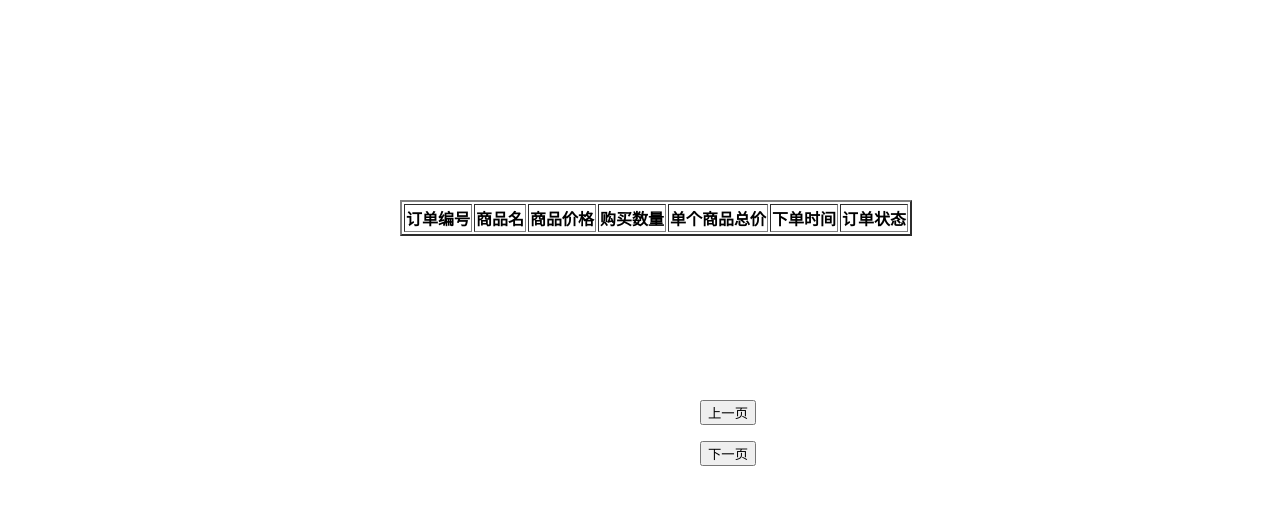
Repository: Gale-student/Gale-student.github.io
Page: http://localhost/weshop/OrdersDetailQueryAllServlet
An editor plug-in stored every save of this project. The page is shown before and after the next save, followed by the edit.
The browser window is 1280 px wide. The pictures show the whole page.
The page is served by Tomcat 9. Other server files are loaded and not shown. Queries for data that is not in the repository find no rows.

Above is the page before, as saved 2022-10-04 09:01:32.

### WeShop/weshop/WebRoot/WEB-INF/jsp/OrdersQueryOfUser.jsp
<%@ page language="java" import="java.util.*,com.company.entity.*" pageEncoding="utf-8"%>
<%
String path = request.getContextPath();
String basePath = request.getScheme()+"://"+request.getServerName()+":"+request.getServerPort()+path+"/";
%>

<!DOCTYPE HTML PUBLIC "-//W3C//DTD HTML 4.01 Transitional//EN">
<html>
  <head>
    <base href="<%=basePath%>">

    <title>My JSP 'OrdersQueryOfUser.jsp' starting page</title>

	<meta http-equiv="pragma" content="no-cache">
	<meta http-equiv="cache-control" content="no-cache">
	<meta http-equiv="expires" content="0">
	<meta http-equiv="keywords" content="keyword1,keyword2,keyword3">
	<meta http-equiv="description" content="This is my page">
	<!--
	<link rel="stylesheet" type="text/css" href="styles.css">
	-->
  <%
     List<OrdersDetail> ordersDetailList = (List<OrdersDetail>)request.getAttribute("ordersDetailList");

   %>
  </head>

  <body>
    <table style="position: absolute; left: 400px; top: 200px; text-align: center;" border="2" cellspacing="2">
       <tr>
          <th>订单编号</th>
          <th>商品名</th>
          <th>商品价格</th>
          <th>购买数量</th>
          <th>单个商品总价</th>
          <th>下单时间</th>
          <th>订单状态</th>
       </tr>
       <%for(int i = 0; i < ordersDetailList.size(); i ++){ %>
       <tr>
          <td><%=ordersDetailList.get(i).getOid() %></td>
          <td><%=ordersDetailList.get(i).getSname() %></td>
          <td><%=ordersDetailList.get(i).getSprice() %>.00￥/个</td>
          <td><%=ordersDetailList.get(i).getQuantity() %>.0</td>
          <td><%=ordersDetailList.get(i).getShopPrice() %>.00￥</td>
          <td><%=ordersDetailList.get(i).getDate() %></td>
          <td><%=ordersDetailList.get(i).getStatus() %></td>
       </tr>
       <%} %>
    </table>
    <div style="position: absolute; left: 700px; top: 400px;">
    <form action="" method="post">
       <input type="submit" value="上一页">
    </form>
    <form style="position: absolute;" action="" method="post">
       <input type="submit" value="下一页">
    </form>
    </div>
  </body>
</html>

### WeShop/weshop/src/com/company/controller/OrdersDetailQueryAllServlet.java
package com.company.controller;

import java.io.IOException;
import java.io.PrintWriter;
import java.util.List;

import javax.servlet.ServletException;
import javax.servlet.http.HttpServlet;
import javax.servlet.http.HttpServletRequest;
import javax.servlet.http.HttpServletResponse;
import javax.servlet.http.HttpSession;

import com.company.entity.OrdersDetail;
import com.company.entity.User;
import com.company.service.OrdersService;
import com.company.service.OrdersServiceImpl;
import com.company.service.UserService;
import com.company.service.UserServiceImpl;

public class OrdersDetailQueryAllServlet extends HttpServlet {

	/**
	 * The doGet method of the servlet. <br>
	 *
	 * This method is called when a form has its tag value method equals to get.
	 *
	 * @param request the request send by the client to the server
	 * @param response the response send by the server to the client
	 * @throws ServletException if an error occurred
	 * @throws IOException if an error occurred
	 */
	public void doGet(HttpServletRequest request, HttpServletResponse response)
			throws ServletException, IOException {

		doPost(request, response);
	}

	/**
	 * The doPost method of the servlet. <br>
	 *
	 * This method is called when a form has its tag value method equals to post.
	 *
	 * @param request the request send by the client to the server
	 * @param response the response send by the server to the client
	 * @throws ServletException if an error occurred
	 * @throws IOException if an error occurred
	 */
	public void doPost(HttpServletRequest request, HttpServletResponse response)
			throws ServletException, IOException {

		HttpSession hs = request.getSession();
		String uid = (String) hs.getAttribute("uid");

		OrdersService ordersService = new OrdersServiceImpl();
		try {
			List<OrdersDetail> ordersDetailList = ordersService.selectOrdersDetail(uid, 0);
			int allRows = ordersService.OrdersDetailAllRows(uid);
			int allPage = allRows / 3;
			if(allRows % 3 != 0){
				allPage ++;
			}
			request.setAttribute("ordersDetailList", ordersDetailList);
			request.getRequestDispatcher("WEB-INF/jsp/OrdersQueryOfUser.jsp").forward(request, response);
		} catch (Exception e) {
			// TODO Auto-generated catch block
			e.printStackTrace();
		}


	}

}

### WeShop/weshop/src/com/company/service/OrdersServiceImpl.java
package com.company.service;

import java.util.List;

import com.company.dao.OrdersDao;
import com.company.dao.OrdersDaoImpl;
import com.company.entity.Orders;
import com.company.entity.OrdersDetail;

public class OrdersServiceImpl implements OrdersService {
	private OrdersDao ordersDao = new OrdersDaoImpl();

    //获取订单表总行数
	public int OrdersAllRows() throws Exception {
		int ordersAllRows = ordersDao.OrdersAllRows();
		return ordersAllRows;
	}

    //添加订单(购买 下单 默认未支付状态)
	public void addOrders(String uid, String sid, String quantity)
			throws Exception {
		ordersDao.insertOrders(uid, sid, quantity);
	}

    //取消订单
	public void cancelOrders(String oid) throws Exception {
		ordersDao.deleteOrders(oid);
	}

    //订单表分页
	public List<Orders> ordersPagingQuery(int page) throws Exception {
		List<Orders> ordersList = ordersDao.ordersPaging(page * 3, 3);
		return ordersList;
	}

    //根据订单编号查订单
	public List<Orders> queryOrdersByOid(String oid) throws Exception {
		List<Orders> ordersList = ordersDao.selectOrdersByOid(oid);
		return ordersList;
	}

    //查看未支付订单
	public List<Orders> queryOrdersByStatusUnpaid() throws Exception {
		List<Orders> ordersList = ordersDao.selectOrdersByStatusUnpaid();
		return ordersList;
	}

	//通过用户ID查订单
	public List<Orders> queryOrdersByUid(String uid) throws Exception {
		List<Orders> ordersList = ordersDao.selectOrdersByUid(uid);
		return ordersList;
	}

	//修改商品数量
	public void modifyQuantity(String sid, String quantity) throws Exception {
		ordersDao.updateQuantity(sid, quantity);
	}

	//查找所有订单
	public List<Orders> queryAllOrders() throws Exception {
		List<Orders> ordersList = ordersDao.selectAllOrders();
		return ordersList;
	}

	//查看所有订单详情
	public List<OrdersDetail> selectOrdersDetail(String uid, int page) throws Exception {
		List<OrdersDetail> ordersDetailList = ordersDao.selectOrdersDetail(uid, page * 3, 3);
		return ordersDetailList;
	}

	//获取用户订单表总行数
	public int OrdersDetailAllRows(String uid) throws Exception {
		int ordersDetailAllRows = ordersDao.OrdersDetailAllRows(uid);
		return ordersDetailAllRows;
	}


}

### WeShop/weshop/src/com/company/dao/OrdersDao.java
package com.company.dao;

import java.util.List;

import com.company.entity.Orders;
import com.company.entity.OrdersDetail;

public interface OrdersDao {
	//删除订单(取消订单)
	public void deleteOrders(String oid) throws Exception;
	//订单表分页
	public List<Orders> ordersPaging(int offset, int count) throws Exception;
	//获取订单表总行数
	public int OrdersAllRows() throws Exception;
	//根据订单号查找订单
	public List<Orders> selectOrdersByOid(String oid) throws Exception;
	//查看未支付订单
	public List<Orders> selectOrdersByStatusUnpaid() throws Exception;
	//用户下单(添加订单)
	public void insertOrders(String uid, String sid, String quantity) throws Exception;
	//根据用户ID查订单
	public List<Orders> selectOrdersByUid(String uid) throws Exception;
	//更新订单中商品数量
	public void updateQuantity(String sid, String quantity) throws Exception;
	//查寻所有订单
	public List<Orders> selectAllOrders() throws Exception;
	//订单详情表分页(用户)
	public List<OrdersDetail> selectOrdersDetail(String uid, int offset, int count) throws Exception;
	//获取用户订单表总行数
	public int OrdersDetailAllRows(String uid) throws Exception;


}

### WeShop/weshop/src/com/company/dao/OrdersDaoImpl.java
package com.company.dao;

import java.sql.Connection;
import java.sql.Date;
import java.sql.DriverManager;
import java.sql.PreparedStatement;
import java.sql.ResultSet;
import java.text.DateFormat;
import java.util.ArrayList;
import java.util.List;

import com.company.entity.Orders;
import com.company.entity.OrdersDetail;
import com.company.entity.User;

public class OrdersDaoImpl implements OrdersDao {
	private String url = "jdbc:mysql://localhost:3306/test?characterEncoding=utf-8";
    private String username = "root";
    private String password = "root";

    //获取订单表总行数(管理员)
	public int OrdersAllRows() throws Exception {
		Class.forName("com.mysql.jdbc.Driver");
		Connection conn = DriverManager.getConnection(url, username, password);
		String sql = " select count(*) as rows from orders ";
		PreparedStatement ps = conn.prepareStatement(sql);
		ResultSet rs = ps.executeQuery();
		rs.next();
		int rows = rs.getInt("rows");
		return rows;
	}

    //删除订单(管理员)
	public void deleteOrders(String oid) throws Exception {
		Class.forName("com.mysql.jdbc.Driver");
		Connection conn = DriverManager.getConnection(url, username, password);
		String sql = " delete from orders where oid = ? ";
		PreparedStatement ps = conn.prepareStatement(sql);
		ps.setString(1, oid);
		ps.execute();
		conn.close();

	}

    //订单表分页(管理员)
	public List<Orders> ordersPaging(int offset, int count) throws Exception {
		Class.forName("com.mysql.jdbc.Driver");
		Connection conn = DriverManager.getConnection(url, username, password);
		String sql = " select * from orders limit ?, ? ";
		PreparedStatement ps = conn.prepareStatement(sql);
		ps.setInt(1, offset);
		ps.setInt(2, count);
		ResultSet rs = ps.executeQuery();
		List<Orders> ordersList = new ArrayList<Orders>();
		while(rs.next()){
			String oid = rs.getString("oid");
			String uid = rs.getString("uid");
			String sid = rs.getString("sid");
			String quantity = rs.getString("quantity");
			String date = rs.getString("date");
			String status = rs.getString("status");
			Orders orders = new Orders();
			orders.setOid(oid);
			orders.setUid(uid);
			orders.setSid(sid);
			orders.setQuantity(quantity);
			orders.setDate(date);
			orders.setStatus(status);
            ordersList.add(orders);
		}
		return ordersList;
	}

    //根据订单号查找订单(管理员)
	public List<Orders> selectOrdersByOid(String oid) throws Exception {
		Class.forName("com.mysql.jdbc.Driver");
		Connection conn = DriverManager.getConnection(url, username, password);
		String sql = " select * from orders where oid = ? ";
		PreparedStatement ps = conn.prepareStatement(sql);
		ps.setString(1, oid);
		ResultSet rs = ps.executeQuery();
		List<Orders> ordersList = new ArrayList<Orders>();
		while(rs.next()){
			String uid = rs.getString("uid");
			String sid = rs.getString("sid");
			String quantity = rs.getString("quantity");
			String date = rs.getString("date");
			String status = rs.getString("status");
			Orders orders = new Orders();
			orders.setOid(oid);
			orders.setUid(uid);
			orders.setSid(sid);
			orders.setQuantity(quantity);
			orders.setDate(date);
			orders.setStatus(status);
			ordersList.add(orders);
		}
		return ordersList;
	}

    //查看未支付订单(管理员)
	public List<Orders> selectOrdersByStatusUnpaid() throws Exception {
		Class.forName("com.mysql.jdbc.Driver");
		Connection conn = DriverManager.getConnection(url, username, password);
		String sql = " select * from orders where status = '0' ";
		PreparedStatement ps = conn.prepareStatement(sql);
		ResultSet rs = ps.executeQuery();
		List<Orders> ordersList = new ArrayList<Orders>();
		while(rs.next()){
			String oid = rs.getString("oid");
			String uid = rs.getString("uid");
			String sid = rs.getString("sid");
			String quantity = rs.getString("quantity");
			String date = rs.getString("date");
			String status = rs.getString("status");
			Orders orders = new Orders();
			orders.setOid(oid);
			orders.setUid(uid);
			orders.setSid(sid);
			orders.setQuantity(quantity);
			orders.setDate(date);
			orders.setStatus(status);
			ordersList.add(orders);
		}
		return ordersList;
	}

	//添加订单(用户购买)
	public void insertOrders(String uid, String sid, String quantity) throws Exception {
		Class.forName("com.mysql.jdbc.Driver");
		Connection conn = DriverManager.getConnection(url, username, password);

		System.currentTimeMillis();
		String oid = "" + System.currentTimeMillis();
		String sql = " insert into orders values ( ?, ?, ?, ?, now(), 0 ) ";
		PreparedStatement ps = conn.prepareStatement(sql);
		ps.setString(1, oid);
		ps.setString(2, uid);
		ps.setString(3, sid);
		ps.setString(4, quantity);
		ps.execute();
		conn.close();

	}

	//根据用户ID查询订单(管理员)
	public List<Orders> selectOrdersByUid(String uid) throws Exception {
		Class.forName("com.mysql.jdbc.Driver");
		Connection conn = DriverManager.getConnection(url, username, password);
		String sql = " select * from orders where uid = ? ";
		PreparedStatement ps = conn.prepareStatement(sql);
		ps.setString(1, uid);
		ResultSet rs = ps.executeQuery();
		List<Orders> ordersList = new ArrayList<Orders>();
		while(rs.next()){
			String oid = rs.getString("oid");
			String sid = rs.getString("sid");
			String quantity = rs.getString("quantity");
			String date = rs.getString("date");
			String status = rs.getString("status");
			Orders orders = new Orders();
			orders.setOid(oid);
			orders.setUid(uid);
			orders.setSid(sid);
			orders.setQuantity(quantity);
			orders.setDate(date);
			orders.setStatus(status);
			ordersList.add(orders);
		}
		return ordersList;
	}

	//更新订单中商品数量(用户 添加相同商品)
	public void updateQuantity(String sid, String quantity) throws Exception {
		Class.forName("com.mysql.jdbc.Driver");
		Connection conn = DriverManager.getConnection(url, username, password);
		String sql = " update orders set quantity = quantity + ? where sid = ? and status = 0 ";
		PreparedStatement ps = conn.prepareStatement(sql);
		ps.setString(1, quantity);
		ps.setString(2, sid);
		ps.execute();
		conn.close();
	}

	//查询所有订单(管理员)
	public List<Orders> selectAllOrders() throws Exception {
		Class.forName("com.mysql.jdbc.Driver");
		Connection conn = DriverManager.getConnection(url, username, password);
		String sql = " select * from orders ";
		PreparedStatement ps = conn.prepareStatement(sql);
		ResultSet rs = ps.executeQuery();
		List<Orders> ordersList = new ArrayList<Orders>();
		while(rs.next()){
			String oid = rs.getString("oid");
			String uid = rs.getString("uid");
			String sid = rs.getString("sid");
			String quantity = rs.getString("quantity");
			String date = rs.getString("date");
			String status = rs.getString("status");
			Orders orders = new Orders();
			orders.setOid(oid);
			orders.setUid(uid);
			orders.setSid(sid);
			orders.setQuantity(quantity);
			orders.setDate(date);
			orders.setStatus(status);
			ordersList.add(orders);
		}
		return ordersList;
	}

	//订单详情表分页
	public List<OrdersDetail> selectOrdersDetail(String uid, int offset, int count) throws Exception {
		Class.forName("com.mysql.jdbc.Driver");
		Connection conn = DriverManager.getConnection(url, username, password);
		String sql = " select o.oid, o.uid, s.sname, s.sprice, o.quantity,  " +
				"(o.quantity * s.sprice) as shopPrice, o.date, o.status from orders " +
				"o inner join shop s where s.sid = o.sid and o.uid = ? limit ?, ? ";
		PreparedStatement ps = conn.prepareStatement(sql);
		ps.setString(1, uid);
		ps.setInt(2, offset);
		ps.setInt(3, count);
		ResultSet rs = ps.executeQuery();
		List<OrdersDetail> ordersDetailList = new ArrayList<OrdersDetail>();
		while(rs.next()){
			String oid = rs.getString("oid");
			String sname = rs.getString("sname");
			String sprice = rs.getString("sprice");
			String quantity = rs.getString("quantity");
			String shopPrice = rs.getString("shopPrice");
			String date = rs.getString("date");
			String status = rs.getString("status");
			OrdersDetail ordersDetail = new OrdersDetail();
			ordersDetail.setOid(oid);
			ordersDetail.setUid(uid);
			ordersDetail.setSname(sname);
			ordersDetail.setSprice(sprice);
			ordersDetail.setQuantity(quantity);
			ordersDetail.setShopPrice(shopPrice);
			ordersDetail.setDate(date);
			ordersDetail.setStatus(status);
			ordersDetailList.add(ordersDetail);
		}
		return ordersDetailList;
	}

	public int OrdersDetailAllRows(String uid) throws Exception {
		Class.forName("com.mysql.jdbc.Driver");
		Connection conn = DriverManager.getConnection(url, username, password);
		String sql = " select count(*) as rows from orders where uid = ? ";
		PreparedStatement ps = conn.prepareStatement(sql);
		ps.setString(1, uid);
		ResultSet rs = ps.executeQuery();
		rs.next();
		int rows = rs.getInt("rows");
		conn.close();
		return rows;
	}

}

After the next save:
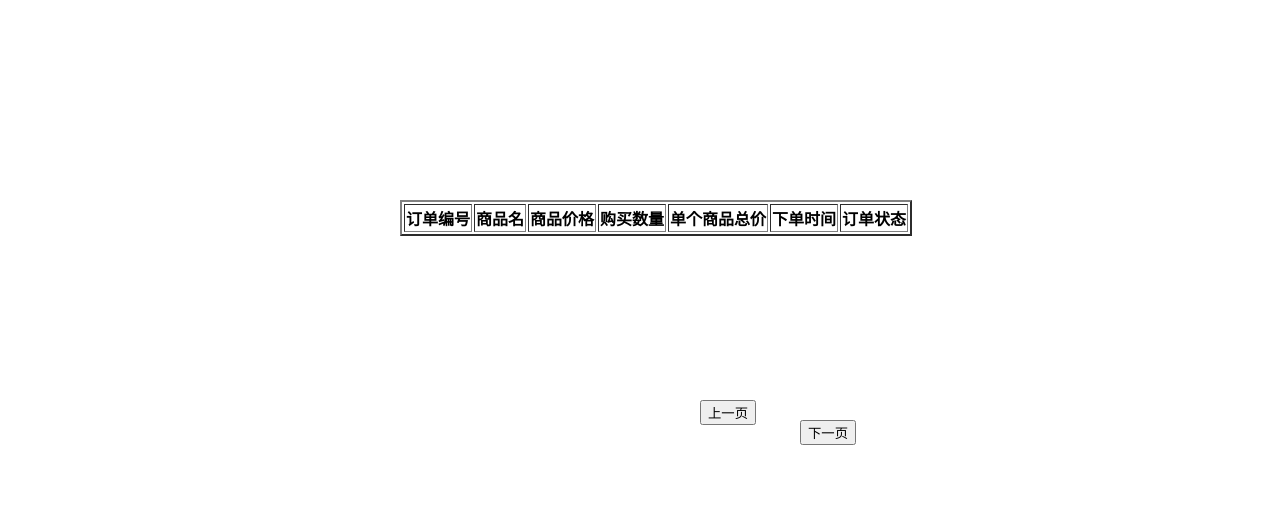
Saved 17 s later.
--- a/WeShop/weshop/WebRoot/WEB-INF/jsp/OrdersQueryOfUser.jsp
+++ b/WeShop/weshop/WebRoot/WEB-INF/jsp/OrdersQueryOfUser.jsp
@@ -52,7 +52,7 @@ String basePath = request.getScheme()+"://"+request.getServerName()+":"+request.
     <form action="" method="post">
        <input type="submit" value="上一页">
     </form>
-    <form style="position: absolute;" action="" method="post">
+    <form style="position: absolute; top: 20px; left: 100px;" action="" method="post">
        <input type="submit" value="下一页">
     </form>
     </div>
